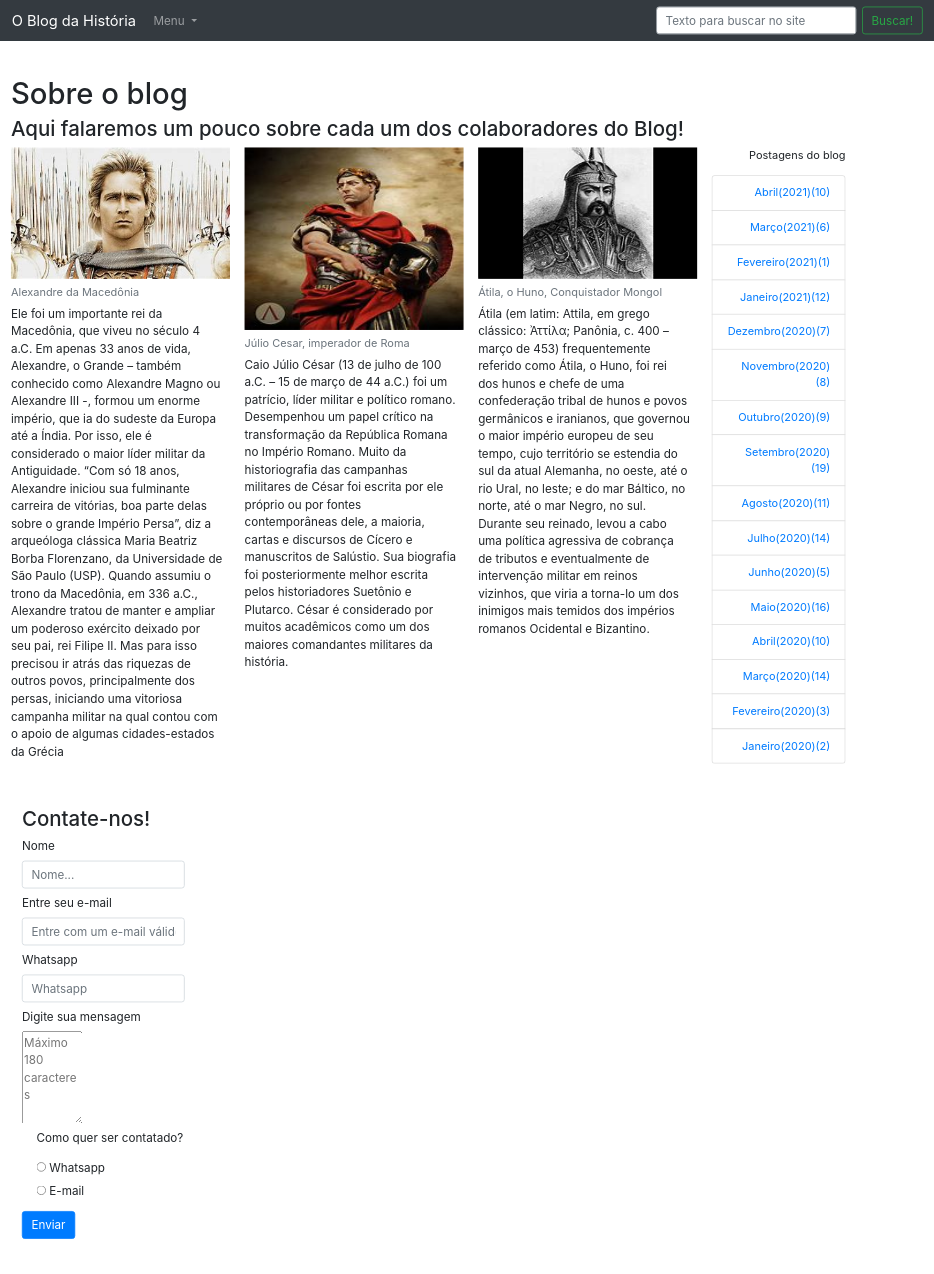
Repository: xhenrique/blog_layout_bootstrap
Page: source/sobre.html
An editor plug-in stored every save of this project. The page is shown before and after the next save, followed by the edit.
The browser window is 1280 px wide. The pictures show the whole page, at 73% of full size.

Above is the page before, as saved 2021-04-25 16:56:48.

After the next save:
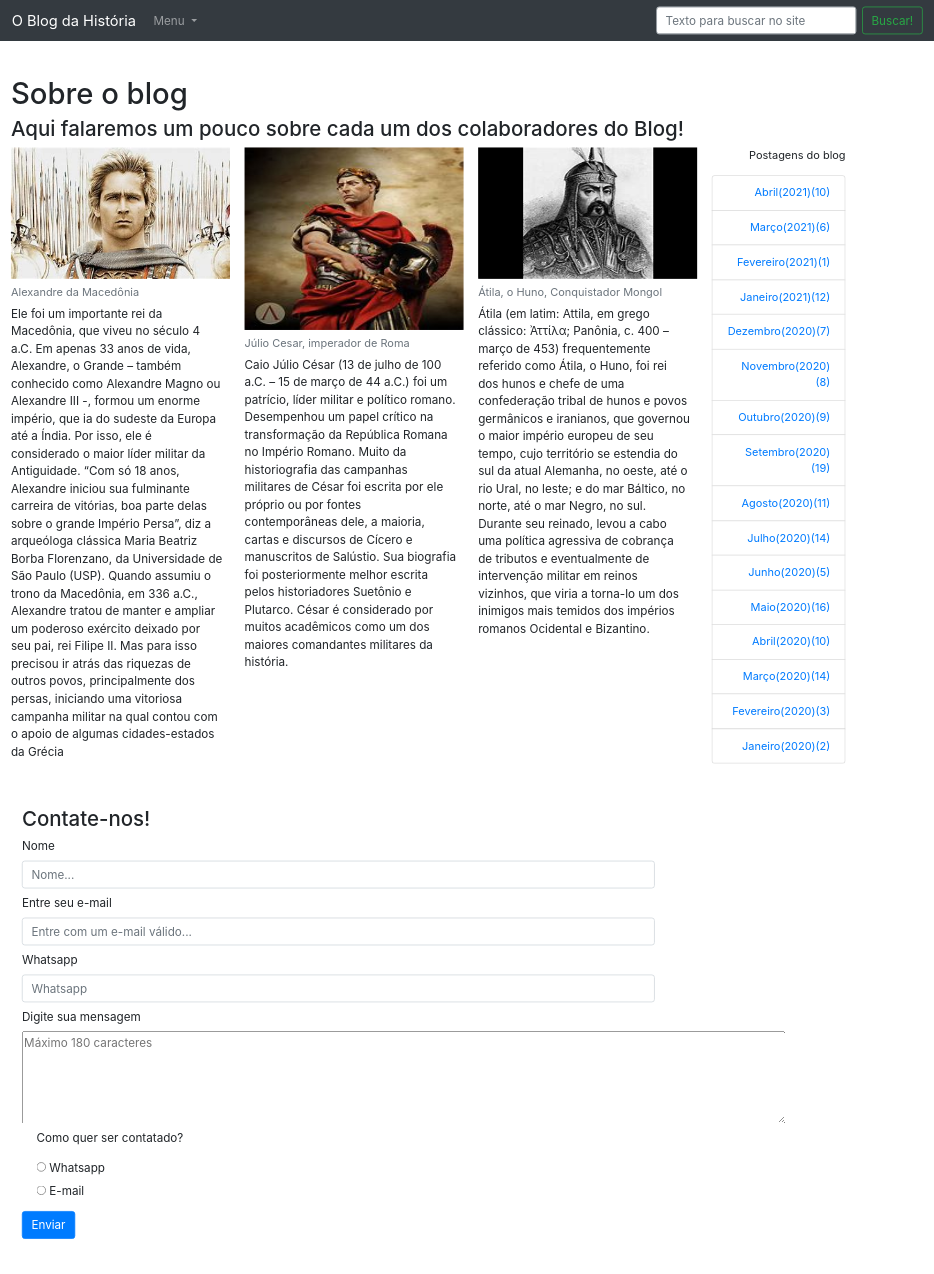
Saved 15 s later.
--- a/source/sobre.html
+++ b/source/sobre.html
@@ -121,7 +121,7 @@
                         </div>
                         <div class="mb-2">
                             <label for="msgInput" class="form-label">Digite sua mensagem</label>
-                            <textarea type="text" placeholder="Máximo 180 caracteres" maxlength="180" class="form-inline" id="msgInput" rows="5" cols="6"></textarea>
+                            <textarea type="text" placeholder="Máximo 180 caracteres" maxlength="180" class="form-inline" id="msgInput" rows="5" cols="100"></textarea>
                         </div>
                         <div class="mb-2 form-check">
                             <p>Como quer ser contatado?</p>
